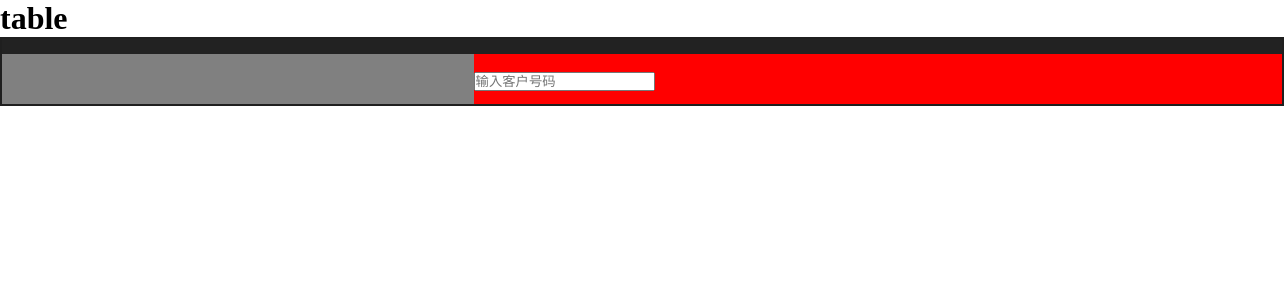
Repository: wangxinjun08231116/Html5Views
Page: WangXinJun/WebContent/table.html
An editor plug-in stored every save of this project. The page is shown before and after the next save, followed by the edit.
The browser window is 1280 px wide. The page is 1284 px wide, so the pictures cover 1284 px, including what lies to the right of the window. The pictures show the whole page.

Above is the page before, as saved 2015-01-30 03:24:49.

After the next save:
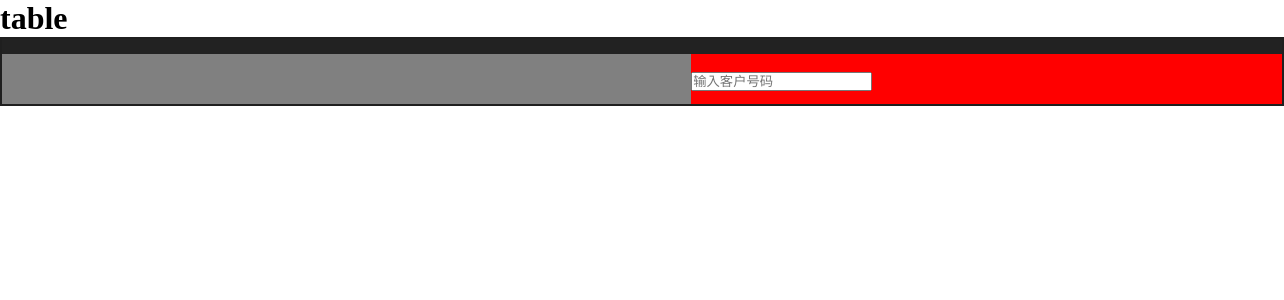
Saved 64 s later.
--- a/WangXinJun/WebContent/table.html
+++ b/WangXinJun/WebContent/table.html
@@ -13,7 +13,7 @@
 		<tbody>
 		<tr style="height: 50px;">
 		<td style="vertical-align: middle; width: 35%;background-color: gray;">
-		<td style="vertical-align: middle; width: 60%;" colspan="2">
+		<td style="vertical-align: middle; width: 30%;" colspan="2">
 			<input id="phone_num" type="text" placeholder="输入客户号码" style="margin-top: 5px;">
 		</td>
 		</tr>
